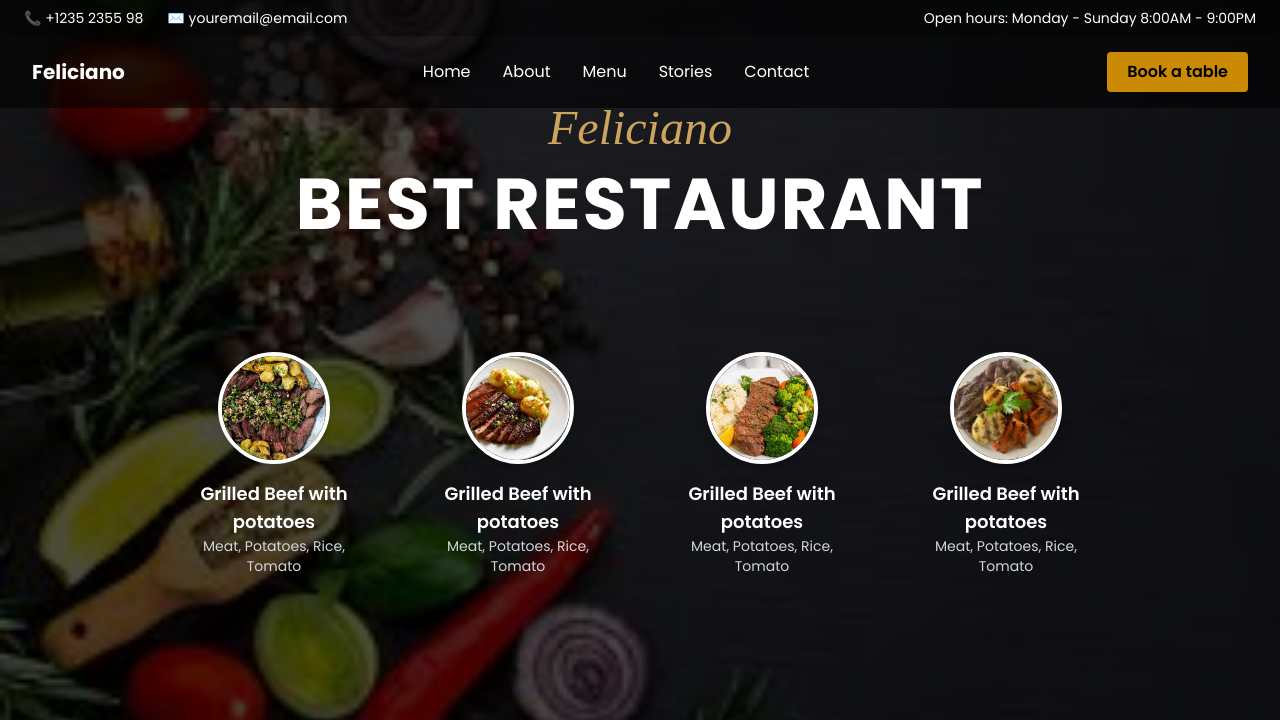
Repository: Purniagithub/Benttacproject
Page: /
An editor plug-in stored every save of this project. The page is shown before and after the next save, followed by the edit.
The browser window is 1280 px wide. The pictures show the whole page.
Some web fonts or font styles are not loaded; a fallback is used. The project was rebuilt for these pictures with package versions that can differ from the ones it lists, and the page was loaded fresh each time. Also part of the build but not shown: vite.config.js.

Above is the page before, as saved 2025-08-21 14:43:05.

After the next save:
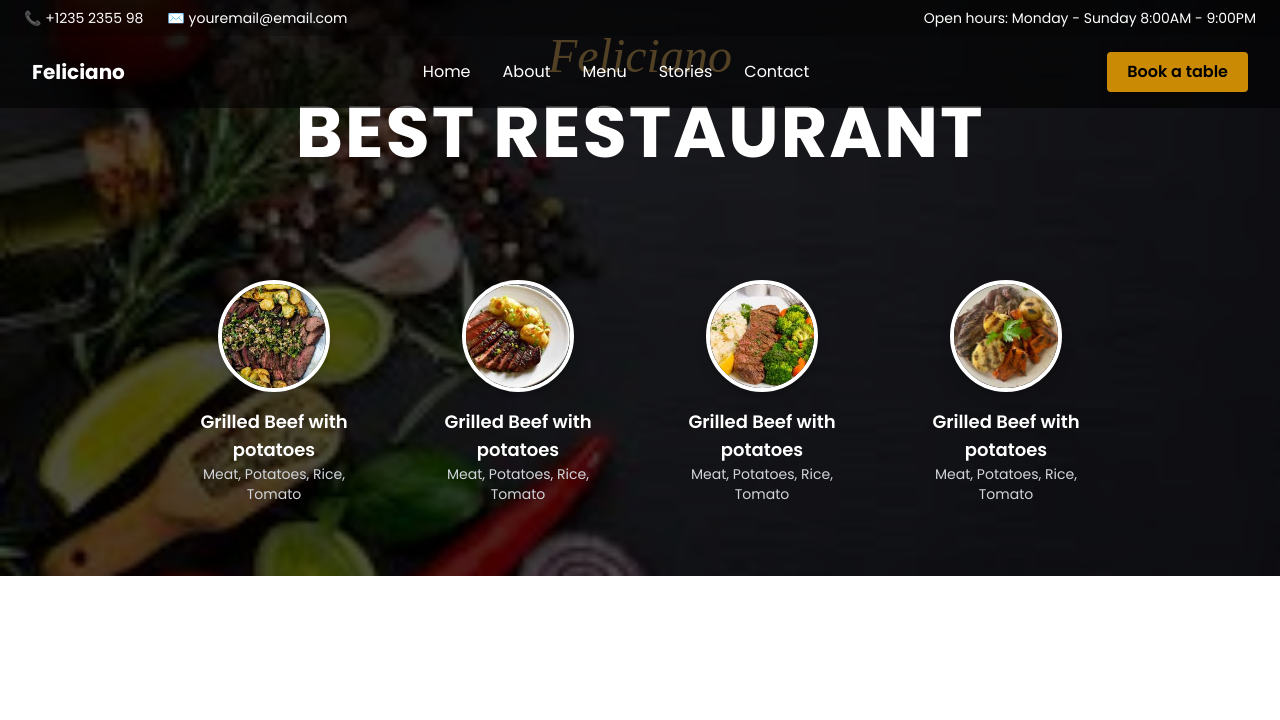
Saved 2 min 7 s later.
--- a/src/components/Hero.jsx
+++ b/src/components/Hero.jsx
@@ -10,7 +10,7 @@ const dishes = [
 const Hero = () => {
   return (
     <section
-      className="relative h-screen bg-cover bg-center flex flex-col justify-center items-center text-white"
+      className="relative h-[80vh]  bg-cover bg-center flex flex-col justify-center items-center text-white"
       style={{ backgroundImage: "url('/img-4.jpeg')" }}
     >
       {/* Dark overlay */}
